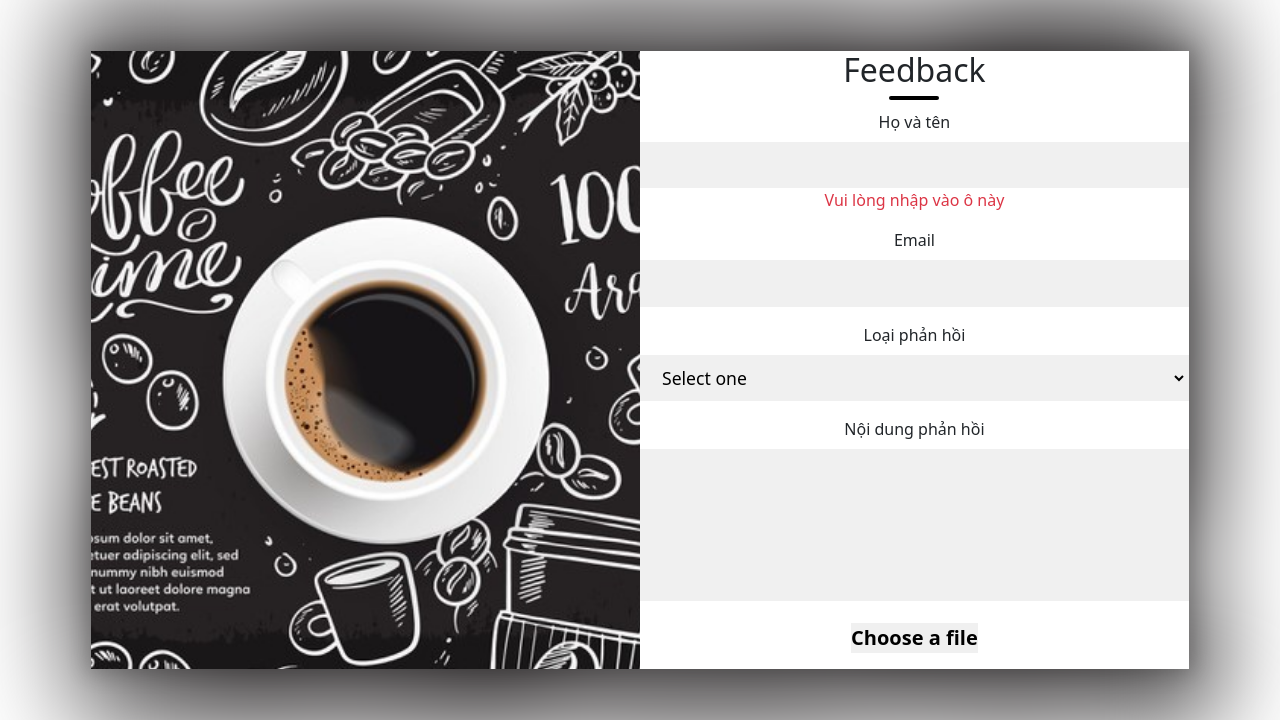
Repository: LeDongGyC/html-css
Page: HTML CSS/prototype/index.html
An editor plug-in stored every save of this project. The page is shown before and after a run of saves, followed by the edit.
The browser window is 1280 px wide. The pictures show the whole page.
The style sheet was rebuilt from its Sass, Less or Tailwind sources for each picture, by a compiler version that may differ from the author's.

Above is the page before, as saved 2023-05-24 10:36:25.

After the next 2 saves:
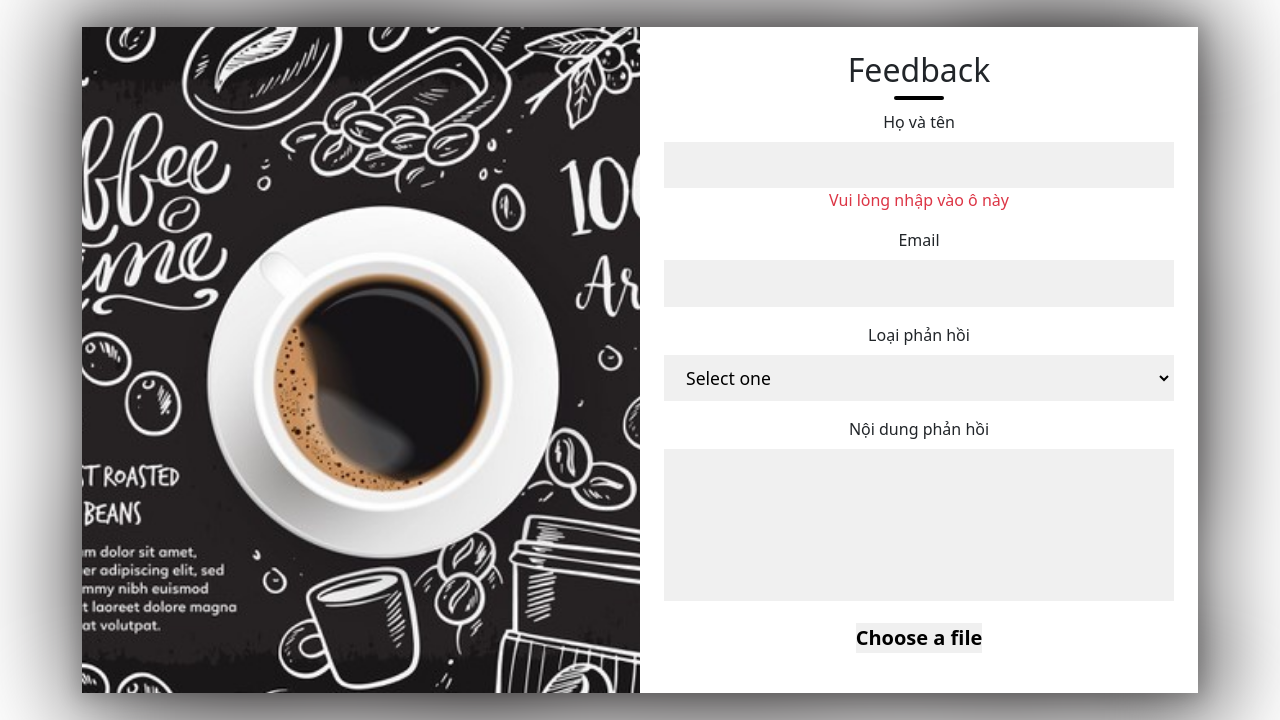
The 2 saves are shown as one change because they came seconds apart.
The last was saved 7 s later.
--- a/HTML CSS/prototype/style.scss
+++ b/HTML CSS/prototype/style.scss
@@ -51,7 +51,7 @@ body {
     height: 100%;
   }
   &_right {
-    padding: 1.5rem rem;
+    padding: 1.5rem;
     &-title {
       position: relative;
       padding: 0 0 10px;
